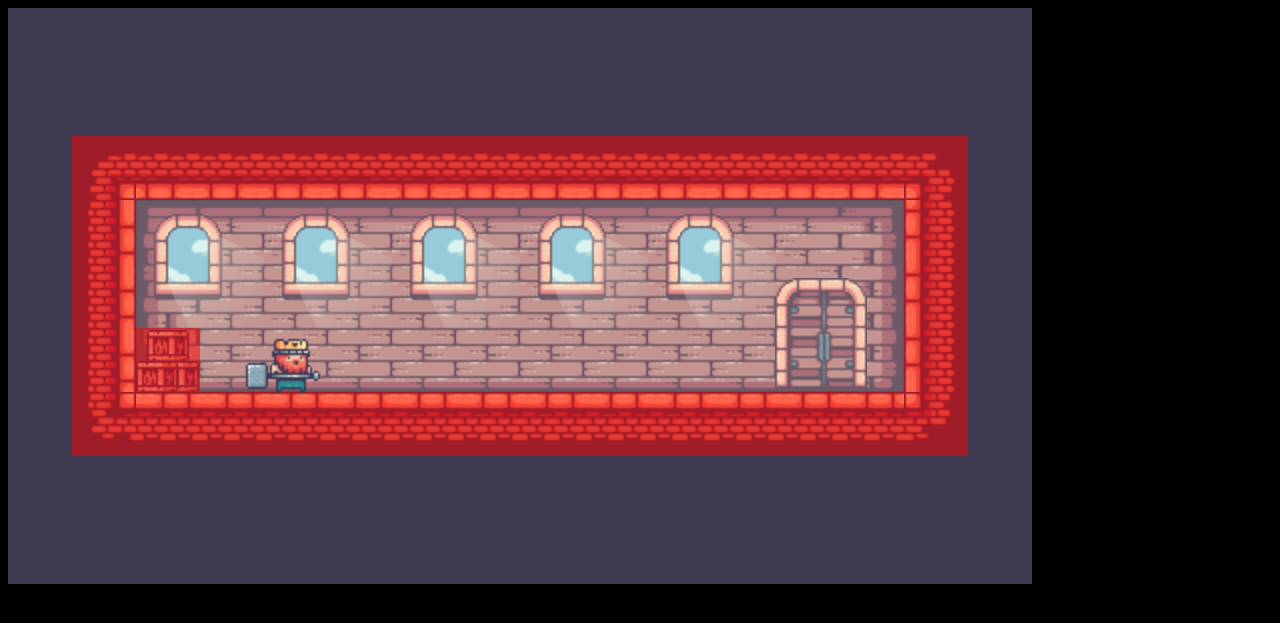
Repository: kassemKu/vanilla_kings_and_pigs
Page: index.html
The author's editor kept a copy of each file at every save. The page is drawn from the files as they stood at one save, then again after the next save.
The browser window is 1280 px wide. The pictures show the whole page.

Above is the page before, as saved 2022-11-12 21:58:59.

### index.html
<!DOCTYPE html>
<html lang="en">

<head>
  <meta charset="UTF-8" />
  <meta http-equiv="X-UA-Compatible" content="IE=edge" />
  <meta name="viewport" content="width=device-width, initial-scale=1.0" />
  <title>Platform</title>
</head>
<style>
  body {
    background-color: black;
    overflow: hidden;
  }
</style>

<body>
  <canvas></canvas>

  <script src="https://cdnjs.cloudflare.com/ajax/libs/gsap/3.11.3/gsap.min.js"
    integrity="sha512-gmwBmiTVER57N3jYS3LinA9eb8aHrJua5iQD7yqYCKa5x6Jjc7VDVaEA0je0Lu0bP9j7tEjV3+1qUm6loO99Kw=="
    crossorigin="anonymous" referrerpolicy="no-referrer"></script>
  <script src="./js/utils.js"></script>
  <script src="./js/data/collisions.js"></script>
  <script src="./js/classes/CollisionBlock.js"></script>
  <script src="./js/classes/Sprite.js"></script>
  <script src="./js/classes/Player.js"></script>
  <script src="./js/eventListener.js"></script>
  <script src="./main.js"></script>
</body>

</html>

### js/utils.js
Array.prototype.parse2D = function () {
  const rows = [];
  for (let i = 0; i < this.length; i += 16) {
    rows.push(this.slice(i, i + 16));
  }

  return rows;
};

Array.prototype.createObjectFrom2D = function () {
  const objects = [];
  this.forEach((row, y) => {
    row.forEach((symbol, x) => {
      if (symbol === 292) {
        // push a new collision into collisionBlocks array
        objects.push(
          new CollisionBlock({
            position: {
              x: x * 64,
              y: y * 64,
            },
          })
        );
      }
    });
  });

  return objects;
};

### js/data/collisions.js
const collisionsLevel1 = [
  0, 0, 0, 0, 0, 0, 0, 0, 0, 0, 0, 0, 0, 0, 0, 0, 0, 0, 0, 0, 0, 0, 0, 0, 0, 0,
  0, 0, 0, 0, 0, 0, 0, 292, 292, 292, 292, 292, 292, 292, 292, 292, 292, 292,
  292, 292, 292, 0, 0, 292, 0, 0, 0, 0, 0, 0, 0, 0, 0, 0, 0, 0, 292, 0, 0, 292,
  0, 0, 0, 0, 0, 0, 0, 0, 0, 0, 0, 0, 292, 0, 0, 292, 292, 0, 0, 0, 0, 0, 0, 0,
  0, 0, 0, 0, 292, 0, 0, 292, 292, 292, 292, 292, 292, 292, 292, 292, 292, 292,
  292, 292, 292, 0, 0, 0, 0, 0, 0, 0, 0, 0, 0, 0, 0, 0, 0, 0, 0, 0, 0, 0, 0, 0,
  0, 0, 0, 0, 0, 0, 0, 0, 0, 0, 0, 0,
];

### js/classes/CollisionBlock.js
class CollisionBlock {
  constructor({ position }) {
    this.position = position;
    this.width = 64;
    this.height = 64;
  }

  draw() {
    c.fillStyle = "rgba(255, 0, 0, 0.5)";
    c.fillRect(this.position.x, this.position.y, this.width, this.height);
  }
}

### js/classes/Sprite.js
class Sprite {
  constructor({
    position,
    imageSrc,
    frameRate = 1,
    animations,
    frameBuffer = 2,
    loop = true,
    autoplay = true
  }) {
    this.position = position;
    this.image = new Image();
    this.image.onload = () => {
      this.loaded = true;
      this.width = this.image.width / this.frameRate;
      this.height = this.image.height;
    };
    this.image.src = imageSrc;
    this.loaded = false;
    this.frameRate = frameRate;
    this.currentFrame = 0;
    this.elapsedFrames = 0;
    this.frameBuffer = frameBuffer;
    this.animations = animations;
    this.loop = loop
    this.autoplay = autoplay
    this.currentAnimation

    if (this.animations) {
      for (let key in this.animations) {
        const image = new Image();
        image.src = this.animations[key].imageSrc;
        this.animations[key].image = image;
      }
    }
  }
  draw() {
    if (!this.loaded) return;
    const cropbox = {
      position: {
        x: this.width * this.currentFrame,
        y: 0,
      },
      width: this.width,
      height: this.height,
    };

    c.drawImage(
      this.image,
      cropbox.position.x,
      cropbox.position.y,
      cropbox.width,
      cropbox.height,
      this.position.x,
      this.position.y,
      this.width,
      this.height
    );

    this.updateFrames();
  }

  play() {
    this.autoplay = true
  }

  updateFrames() {
    if (!this.autoplay) return

    this.elapsedFrames++;

    if (this.elapsedFrames % this.frameBuffer === 0) {
      if (this.currentFrame < this.frameRate - 1) this.currentFrame++;
      else if(this.loop) this.currentFrame = 0;
    }

    if (this.currentAnimation?.onComplete) {
      if (this.currentFrame === this.frameRate - 1 && !this.currentAnimation.isActive) {
      this.currentAnimation.onComplete()
      this.currentAnimation.isActive = true
      }
    }
  }

}

### js/classes/Player.js
class Player extends Sprite {
  constructor({ collisionBlocks = [], imageSrc, frameRate, animations, loop }) {
    super({ imageSrc, frameRate, animations, loop });
    this.position = {
      x: 200,
      y: 200,
    };

    this.velocity = {
      x: 0,
      y: 0,
    };

    this.sides = {
      bottom: this.position.y + this.height,
    };
    this.gravity = 1;

    this.collisionBlocks = collisionBlocks;
  }

  update() {
    // this is blue box
    // c.fillStyle = "rgba(0, 0, 255, 0.5)";
    // c.fillRect(this.position.x, this.position.y, this.width, this.height);
    this.position.x += this.velocity.x;

    this.updateHitbox();

    this.checkForHorizontalCollisions();
    this.applyGravity();

    this.updateHitbox();

    // c.fillRect(
    //   this.hitbox.position.x,
    //   this.hitbox.position.y,
    //   this.hitbox.width,
    //   this.hitbox.height
    // );
    this.checkForVerticalCollisions();
  }

  handleInput(keys) {
    if (player.preventInput) return
  player.velocity.x = 0;
  if (keys.d.pressed) {
    this.switchSprite("runRight");
    this.velocity.x = 5;
    this.lastDirection = "right";
  } else if (keys.a.pressed) {
    this.switchSprite("runLeft");
    this.velocity.x = -5;
    this.lastDirection = "left";
  } else {
    if (this.lastDirection === "left") this.switchSprite("idleLeft");
    else this.switchSprite("idleRight");
  }
  }

  switchSprite(name) {
    if (this.image === this.animations[name].image) return;
    this.currentFrame = 0;
    this.image = this.animations[name].image;
    this.frameRate = this.animations[name].frameRate;
    this.frameBuffer = this.animations[name].frameBuffer;
    this.loop = this.animations[name].loop;
    this.currentAnimation = this.animations[name]
  }

  updateHitbox() {
    this.hitbox = {
      position: {
        x: this.position.x + 58,
        y: this.position.y + 34,
      },
      width: 50,
      height: 53,
    };
  }

  checkForHorizontalCollisions() {
    for (let i = 0; i < this.collisionBlocks.length; i++) {
      const collisionBlock = this.collisionBlocks[i];

      // if a collision exists
      if (
        this.hitbox.position.x <=
          collisionBlock.position.x + collisionBlock.width &&
        this.hitbox.position.x + this.hitbox.width >=
          collisionBlock.position.x &&
        this.hitbox.position.y + this.hitbox.height >=
          collisionBlock.position.y &&
        this.hitbox.position.y <=
          collisionBlock.position.y + collisionBlock.height
      ) {
        // collision on x axis going to the left
        if (this.velocity.x < -0) {
          const offset = this.hitbox.position.x - this.position.x;
          this.position.x =
            collisionBlock.position.x + collisionBlock.width - offset + 0.01;
          break;
        }
        if (this.velocity.x > 0) {
          const offset =
            this.hitbox.position.x - this.position.x + this.hitbox.width;
          this.position.x = collisionBlock.position.x - offset - 0.01;
          break;
        }
      }
    }
  }
  applyGravity() {
    this.velocity.y += this.gravity;
    this.position.y += this.velocity.y;
  }

  checkForVerticalCollisions() {
    // check for vertical collisions
    for (let i = 0; i < this.collisionBlocks.length; i++) {
      const collisionBlock = this.collisionBlocks[i];
      // if a collision exists
      if (
        this.hitbox.position.x <=
          collisionBlock.position.x + collisionBlock.width &&
        this.hitbox.position.x + this.hitbox.width >=
          collisionBlock.position.x &&
        this.hitbox.position.y + this.hitbox.height >=
          collisionBlock.position.y &&
        this.hitbox.position.y <=
          collisionBlock.position.y + collisionBlock.height
      ) {
        if (this.velocity.y < 0) {
          this.velocity.y = 0;
          const offset = this.hitbox.position.y - this.position.y;
          this.position.y =
            collisionBlock.position.y + collisionBlock.height - offset + 0.01;
          break;
        }

        if (this.velocity.y > 0) {
          this.velocity.y = 0;
          const offset =
            this.hitbox.position.y - this.position.y + this.hitbox.height;
          this.position.y = collisionBlock.position.y - offset - 0.01;
          break;
        }
      }
    }
  }
}

### js/eventListener.js
window.addEventListener("keydown", (event) => {
  if (player.preventInput) return
  switch (event.key) {
    case " ":

    for (let i = 0; i < doors.length; i++) {
      const door = doors[i]

      if (
        player.hitbox.position.x + player.hitbox.width <=
        door.position.x + door.width &&
      player.hitbox.position.x  >=
        door.position.x &&
      player.hitbox.position.y + player.hitbox.height >=
        door.position.y &&
      player.hitbox.position.y <=
        door.position.y + door.height
        ) {
          player.velocity.x = 0
          player.velocity.y = 0
          player.preventInput = true
          player.switchSprite('enterDoor')
          door.play()
          return
        }
    }
      if (player.velocity.y === 0) player.velocity.y = -25;

      break;
    case "ArrowLeft":
      // move player to left
      keys.a.pressed = true;
      break;
    case "ArrowRight":
      // move player to right
      keys.d.pressed = true;
      break;
  }
});

window.addEventListener("keyup", (event) => {
  switch (event.key) {
    case "ArrowUp":
      keys.w.pressed = false;

      break;
    case "ArrowLeft":
      // move player to left
      keys.a.pressed = false;
      break;
    case "ArrowRight":
      // move player to right
      keys.d.pressed = false;
      break;
  }
});

### main.js
const canvas = document.querySelector("canvas");
const c = canvas.getContext("2d");

canvas.width = 64 * 16; // 1024
canvas.height = 64 * 9; // 576

let parsedCollisions = collisionsLevel1.parse2D();
let collisionBlocks = parsedCollisions.createObjectFrom2D();

let backgroundLevel1 = new Sprite({
  position: {
    x: 0,
    y: 0,
  },
  imageSrc: "./img/backgroundLevel1.png",
});

let level = 1
let levels = {
  1: {
    init: () => {

    }
  }
}




const player = new Player({
  collisionBlocks,
  imageSrc: "./img/king/idle.png",
  frameRate: 11,
  animations: {
    idleRight: {
      frameRate: 11,
      frameBuffer: 2,
      loop: true,
      imageSrc: "./img/king/idle.png",
    },
    idleLeft: {
      frameRate: 11,
      frameBuffer: 2,
      loop: true,
      imageSrc: "./img/king/idleLeft.png",
    },
    runRight: {
      frameRate: 8,
      frameBuffer: 4,
      loop: true,
      imageSrc: "./img/king/runRight.png",
    },
    runLeft: {
      frameRate: 8,
      frameBuffer: 4,
      loop: true,
      imageSrc: "./img/king/runLeft.png",
    },
    enterDoor: {
      frameRate: 8,
      frameBuffer: 4,
      loop: false,
      imageSrc: "./img/king/enterDoor.png",
      onComplete: () => {
        console.log('completed animation');
        gsap.to(overlay, {
          opacity: 1
        })
      }
    },
  },
});

const doors = [
  new Sprite({
    position: {
      x: 767,
      y: 270,
    },
    imageSrc: "./img/doorOpen.png",
    frameRate: 5,
    frameBuffer: 5,
    loop: false,
    autoplay: false
  }),
];

const keys = {
  w: {
    pressed: false,
  },
  a: {
    pressed: false,
  },
  d: {
    pressed: false,
  },
};

const overlay = {
  opacity: 0
}

function animate() {
  window.requestAnimationFrame(animate);

  backgroundLevel1.draw();
  collisionBlocks.forEach((collisionBlock) => {
    collisionBlock.draw();
  });

  doors.forEach((door) => {
    door.draw();
  });

  player.handleInput(keys)
  player.draw();
  player.update();

  c.save()
  c.globalAlpha = overlay.opacity
  c.fillStyle = 'black'
  c.fillRect(0,0,canvas.width, canvas.height)
  c.restore()
}

animate();

After the next save:
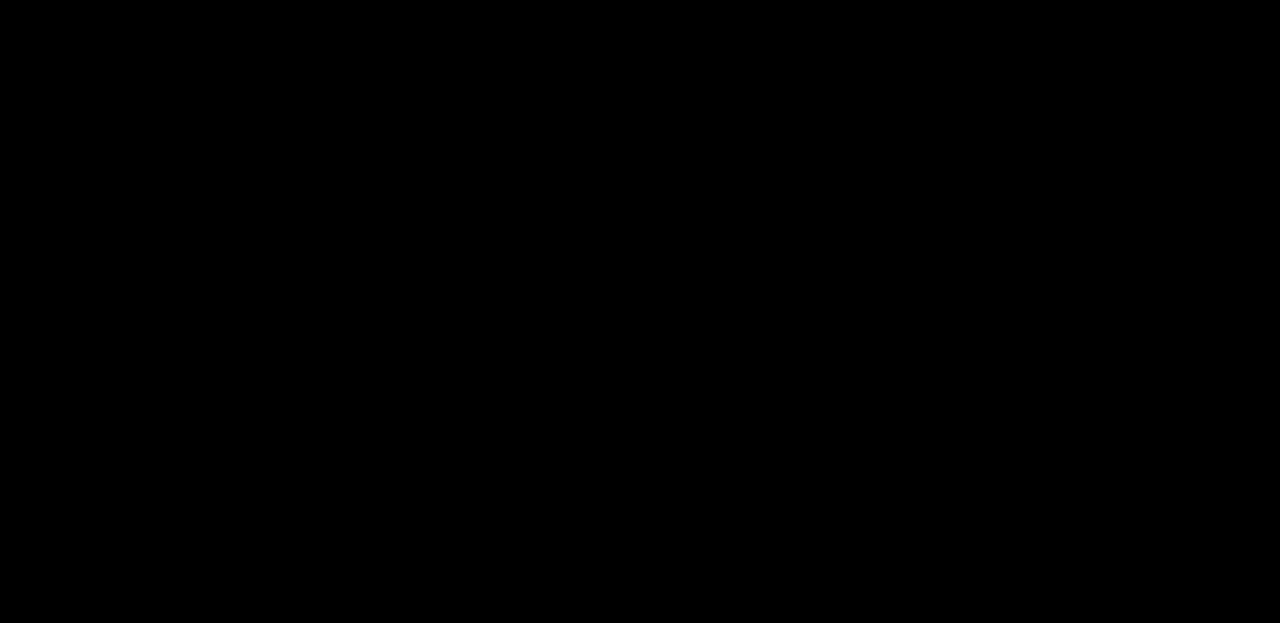
Console error: TypeError: Cannot read properties of undefined (reading 'draw')
Saved 115 s later.
--- a/main.js
+++ b/main.js
@@ -4,22 +4,24 @@
 canvas.width = 64 * 16; // 1024
 canvas.height = 64 * 9; // 576
 
-let parsedCollisions = collisionsLevel1.parse2D();
-let collisionBlocks = parsedCollisions.createObjectFrom2D();
-
-let backgroundLevel1 = new Sprite({
-  position: {
-    x: 0,
-    y: 0,
-  },
-  imageSrc: "./img/backgroundLevel1.png",
-});
+let parsedCollisions
+let collisionBlocks
+let background
 
 let level = 1
 let levels = {
   1: {
     init: () => {
+      parsedCollisions = collisionsLevel1.parse2D();
+      collisionBlocks = parsedCollisions.createObjectFrom2D();
 
+      background = new Sprite({
+        position: {
+          x: 0,
+          y: 0,
+        },
+        imageSrc: "./img/backgroundLevel1.png",
+      });
     }
   }
 }
@@ -104,7 +106,7 @@
 function animate() {
   window.requestAnimationFrame(animate);
 
-  backgroundLevel1.draw();
+  background.draw();
   collisionBlocks.forEach((collisionBlock) => {
     collisionBlock.draw();
   });

After the 3 saves that followed:
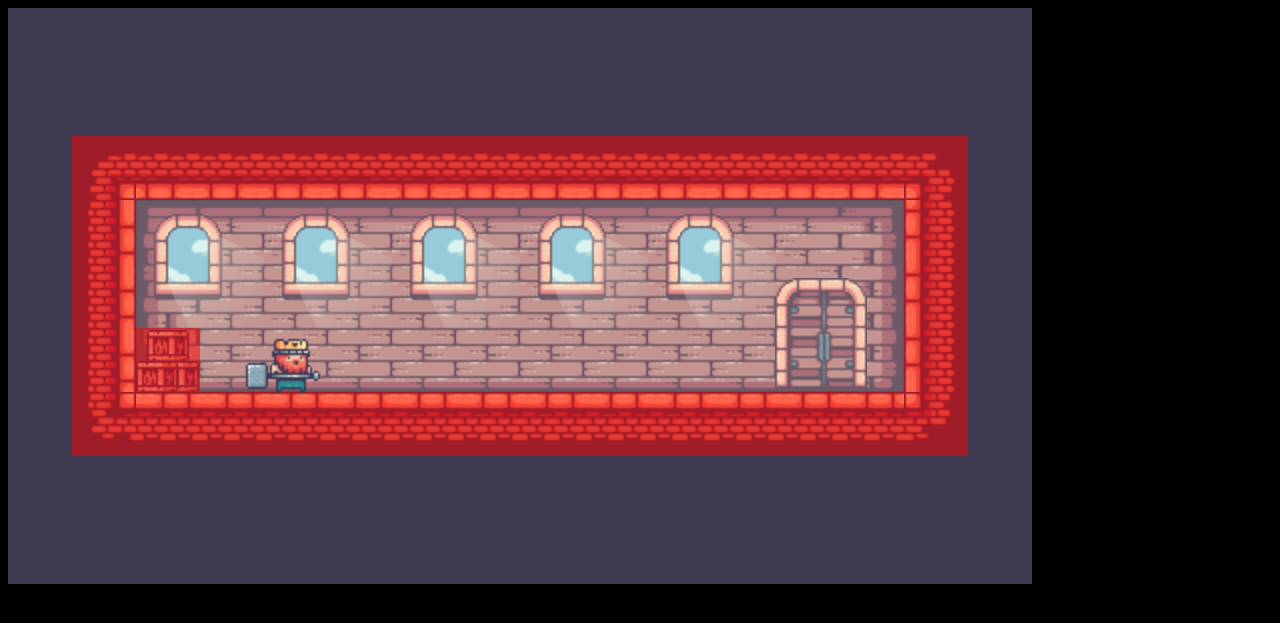
The error is gone.
The 3 saves are shown as one change because 2 left the picture as it was.
The last was saved 5 min 4 s later.
--- a/main.js
+++ b/main.js
@@ -7,30 +7,8 @@
 let parsedCollisions
 let collisionBlocks
 let background
-
-let level = 1
-let levels = {
-  1: {
-    init: () => {
-      parsedCollisions = collisionsLevel1.parse2D();
-      collisionBlocks = parsedCollisions.createObjectFrom2D();
-
-      background = new Sprite({
-        position: {
-          x: 0,
-          y: 0,
-        },
-        imageSrc: "./img/backgroundLevel1.png",
-      });
-    }
-  }
-}
-
-
-
-
+let doors
 const player = new Player({
-  collisionBlocks,
   imageSrc: "./img/king/idle.png",
   frameRate: 11,
   animations: {
@@ -73,19 +51,42 @@
   },
 });
 
-const doors = [
-  new Sprite({
-    position: {
-      x: 767,
-      y: 270,
-    },
-    imageSrc: "./img/doorOpen.png",
-    frameRate: 5,
-    frameBuffer: 5,
-    loop: false,
-    autoplay: false
-  }),
-];
+let level = 1
+let levels = {
+  1: {
+    init: () => {
+      parsedCollisions = collisionsLevel1.parse2D();
+      collisionBlocks = parsedCollisions.createObjectFrom2D();
+      player.collisionBlocks = collisionBlocks
+
+      background = new Sprite({
+        position: {
+          x: 0,
+          y: 0,
+        },
+        imageSrc: "./img/backgroundLevel1.png",
+      });
+
+      doors = [
+        new Sprite({
+          position: {
+            x: 767,
+            y: 270,
+          },
+          imageSrc: "./img/doorOpen.png",
+          frameRate: 5,
+          frameBuffer: 5,
+          loop: false,
+          autoplay: false
+        }),
+      ];
+    }
+  }
+}
+
+
+
+
 
 const keys = {
   w: {
@@ -126,4 +127,5 @@
   c.restore()
 }
 
+levels[level].init()
 animate();
